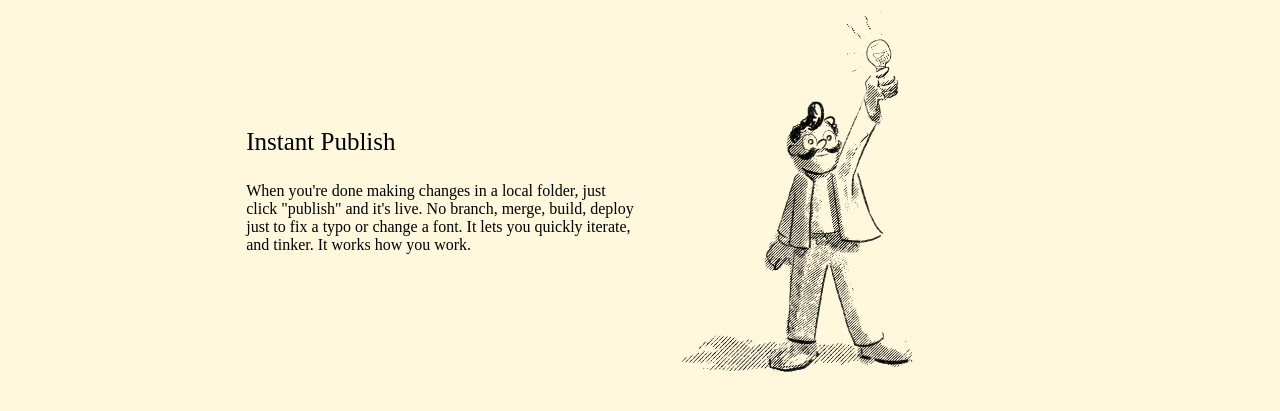
Repository: Pbemits/TEAMWORK-PROJECT-ONE
Page: index.html
These files come from the project's save history. The page is drawn as it stood at one moment and after the next save; the edit follows.
The browser window is 1280 px wide. The pictures show the whole page.
Some web fonts or font styles are not loaded; a fallback is used.

Above is the page before, as saved 2023-09-01 22:51:25.

After the next save:
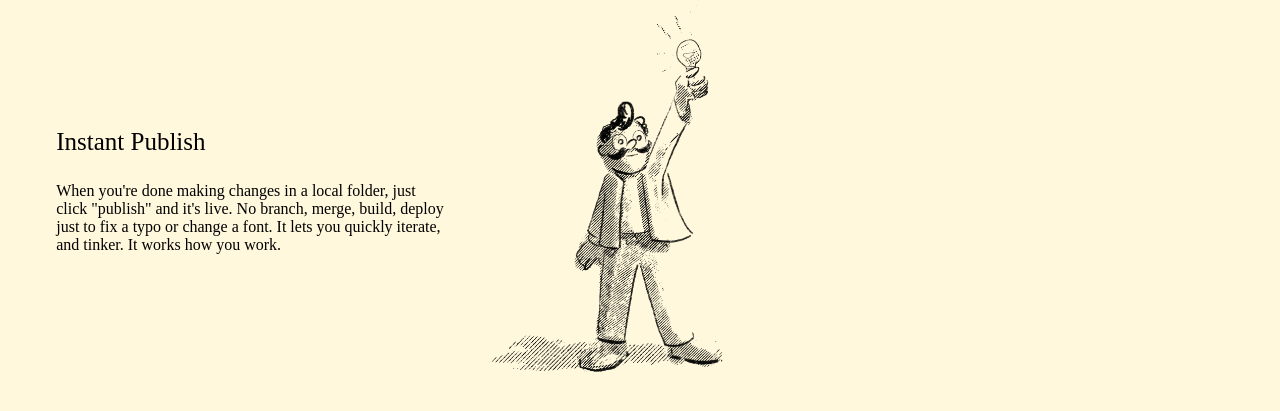
Saved 109 s later.
--- a/assets/css/main.css
+++ b/assets/css/main.css
@@ -2,6 +2,7 @@
     display: flex;
     justify-content: center;
     align-items: center;
+    width: 900px;
 }
 
 .content-wrapper-element-one .wrapper-element-texts .element-text-h3 h3 {
